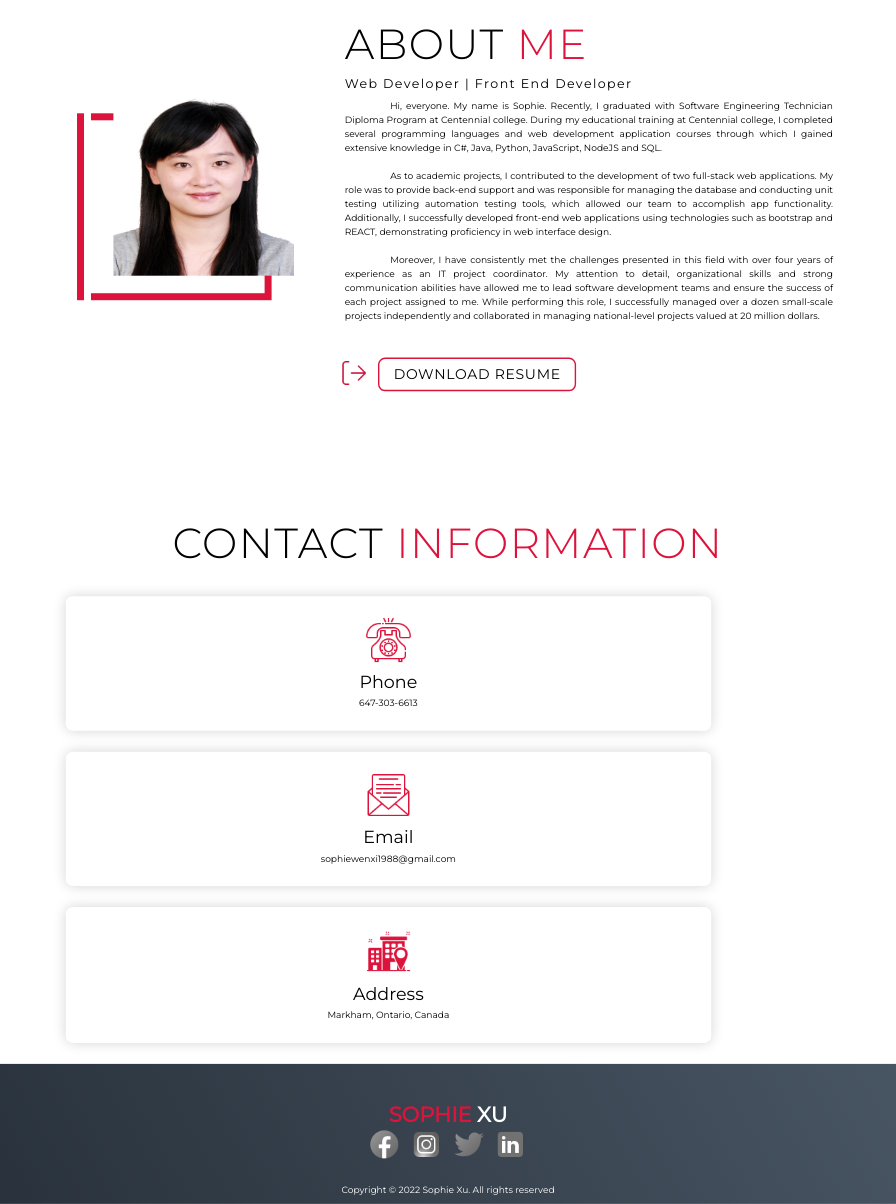
Repository: wenxi0504/StaticWebsite_Profolio
Page: index.html
These files come from the project's save history. The page is drawn as it stood at one moment and after the next save; the edit follows.
The browser window is 1280 px wide. The pictures show the part of the page from y = 2347 to 4267 px (the page is 4067 px tall before and 4267 px after), at 70% of full size.

Above is the page before, as saved 2022-03-06 00:19:06.

After the next save:
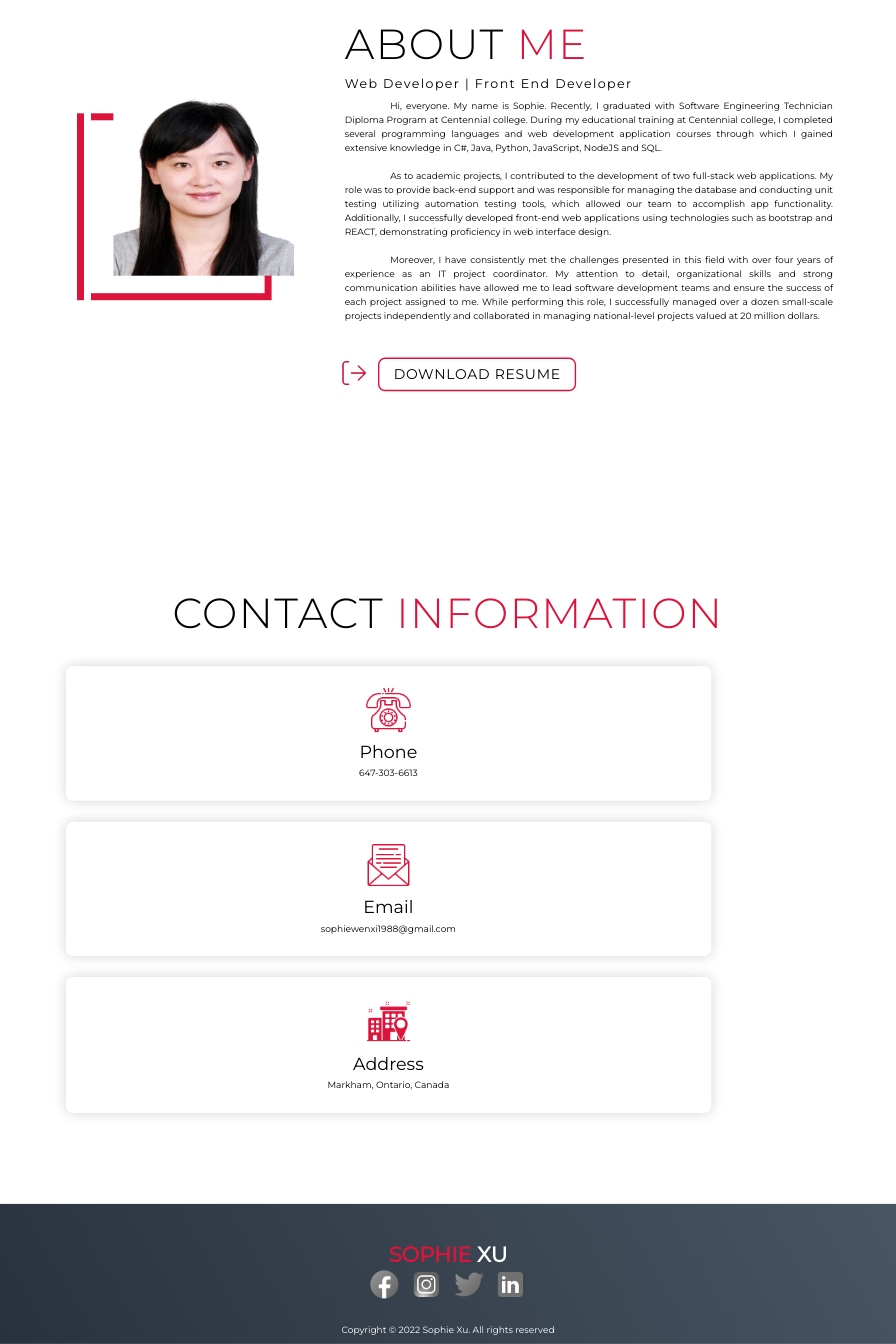
Saved 4 min 32 s later.
--- a/style.css
+++ b/style.css
@@ -626,7 +626,17 @@ animation-delay:0.5s
     text-align: left;
   }
 
+
  /* End About Section */
+ /* Contact Section */
+ #contact .contact{
+   flex-direction: column;
+   padding: 100px 0;
+   align-items:center;
+   justify-content: center;
+   min-width: 20vh;
+ }
+ /* End Contact Section */
 
 }
 /* End Media Section */
